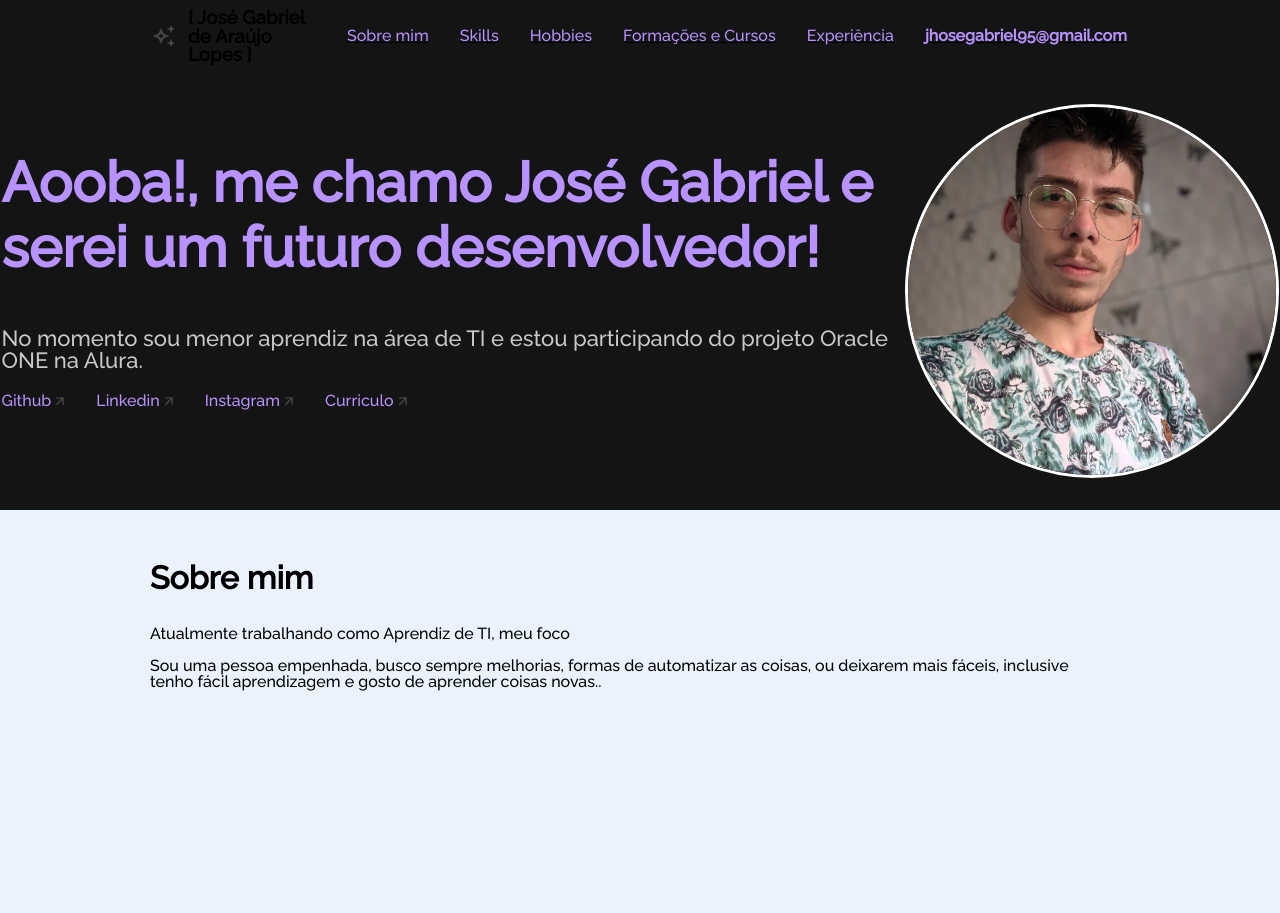
Repository: GabbLps/Portfolio
Page: index.html
These files come from the project's save history. The page is drawn as it stood at one moment and after the next save; the edit follows.
The browser window is 1280 px wide. The pictures show the whole page.

Above is the page before, as saved 2022-06-23 12:10:20.

### index.html
<!DOCTYPE html>
<html lang="en">
<head>
    <meta charset="UTF-8">
    <meta http-equiv="X-UA-Compatible" content="IE=edge">
    <meta name="viewport" content="width=device-width, initial-scale=1.0">

    <!-- Folha de estilo de CSS Linkado -->
    <link rel="stylesheet" href="style.css">

    <link rel="preconnect" href="https://fonts.googleapis.com">
    <link rel="preconnect" href="https://fonts.gstatic.com" crossorigin>

    <!-- Fonte do Projeto Raleway -->
    <link href="https://fonts.googleapis.com/css2?family=Raleway:wght@500&display=swap" rel="stylesheet">

    <title>Portifólio Pessoal</title>
</head>
<body>
    <!-- Menu Principal-->
    <div class="all">
        <section class="menu">
            <header>
                <img class="img__menu" src="assets\vector.png">
                <h3 class="menu__title">{ José Gabriel de Araújo Lopes }</h3>
            </header>
            <nav>
                <ul class="menu__list">
                    <li class="menu__list__item"><a href="#sobremim">Sobre mim</a></li>
                    <li class="menu__list__item"><a href="#skills">Skills</a></li>
                    <li class="menu__list__item"><a href="#hobbies">Hobbies</a></li>
                    <li class="menu__list__item"><a href="#formacao">Formações e Cursos</a></li>
                    <li class="menu__list__item"><a href="#xp">Experiência</a></li>
                    <li class="menu__list__item"><a href="#contato"><b>jhosegabriel95@gmail.com</b></a></li>
                </ul>
            </nav>
        </section>

        <!-- Sessão de Header/Title/Hero -->
        <section class="title">
            <div class="title__div">
                <img class="title__profile" src="assets\profile.jpg">
                <div class="title__container" id="#sobremim">
                    <h2 class="title__bio">Aooba!, me chamo José Gabriel e serei um futuro desenvolvedor!</h2>
                    <p class="title__subsection">No momento sou menor aprendiz na área de TI e estou participando do projeto Oracle ONE na Alura.</p>
                    <ul class="title__social__media">
                        <!-- Ponha os links de suas redes sociais favoritas -->
                        <li class="title__social__media__item"><a href="https://github.com/GabbLps" target="_blank">Github <img src="assets\arrow.png"> </a></li>
                        <li class="title__social__media__item"><a href="https://www.linkedin.com/in/josegabrielalopes/" target="_blank">Linkedin <img src="assets\arrow.png"></a></li>
                        <li class="title__social__media__item"><a href="https://www.instagram.com/gabbriel.lps/" target="_blank">Instagram <img src="assets\arrow.png"></a></li>
                        <li class="title__social__media__item"><a href="curriculo.pdf" target="_blank">Curriculo <img src="assets\arrow.png"></a></li>
                    </ul>
                </div>
            </div>
        </section>

        <!-- Sessão sobre mim -->
        <section class="about">
            <div class="about__container">
                <h3 class="about__title">Sobre mim</h3>
                <p class="about__paragraph">Atualmente trabalhando como Aprendiz de TI, meu foco  </p>
                <p class="about__paragraph">Sou uma pessoa empenhada,
                    busco sempre melhorias, formas de automatizar as coisas, ou deixarem mais fáceis, inclusive tenho fácil aprendizagem e gosto de aprender coisas novas..</p>
            </div>
        </section>


    </div>
</body>
</html>

### style.css
:root{
   /*--cor-de-fundo: #F5F5F5;
    --cor-de-link: #000;
    --cor-de-titulos: #464646;
    --cor-fundo-azul: #EAF2ED;
    --cor-caixas: #FBFBFB;
    --azul-botoes: #2A74E4; */
    --cor-de-fundo: #141414;
    --cor-de-link: #B892FF;
    --cor-de-titulos: #cac7c7;
    --cor-fundo-azul: #EAF2ED;
    --cor-caixas: #FBFBFB;
    --azul-botoes: #2A74E4;
}

html {
    background-color: var(--cor-de-fundo);
}

body {
    box-sizing: border-box;
    background-color: var(--cor-de-fundo) ;
    font-family: 'Raleway';
    margin: 0;
    padding: 0;
    line-height: 1;
}

ol, ul,li {
    list-style: none;
}

a{
    text-decoration: none;
    color: var(--cor-de-link);
}

/*Sessão Menu*/

section.menu{
    display: flex;
    justify-content: space-between;
    align-items: center;
    align-content: flex-end;
    height: 10vh;
    margin: 0 153px;
}

section header {
    display: flex;
    align-items: center;
    font-weight: 700;
}

header img {
    margin-right: 13px;
    user-select: none;
}

/* Sessão lista de navegação  */

nav ul.menu__list {
    display: flex;
    justify-content: space-between;
    width: 780px;
    font-size: 16px;
    text-decoration: underline;
}

/*Sessão Title*/

div.title__div{
    display: flex;
    flex-direction: row-reverse;
    justify-content: space-around;
    align-content: center;
    margin: 0 auto;
}

div.title__container{
    width: 900px;
}

div.title__container h2{
    font-size: 56px;
    font-weight: 700;
    line-height: 65px;
}

section.title{
    margin: 32px 0;
}

.title__bio{
    color: var(--cor-de-link);
}

.title__subsection {
    font-size: 22px;
    color: var(--cor-de-titulos);
    font-weight: 400;
    line-height: 22px;
}

.title__profile{
    width: 368px;
    height: 368px;
    border-radius: 50%;
    border: solid 3px #fff;
}

ul.title__social__media{
    display: flex;
    flex-direction: row;
    gap: 32px;
    padding: 0;
    font-weight: 500;
}

ul li.title__social__media__item{
    font-size: 16px;
    font-weight: 500;
}

/* Sessão about */

section.about{
    width: auto;
    height: 383px;
    background-color: #EAF2FD;
    padding-top: 20px;
    padding-left: 150px;
    padding: auto;
}

/* Container sessão about me */

div.about__container{
    max-width: 920px;
}

.about__title {
    font-size: 32px;
    font-weight: 700;
}

.about__paragraph{
    font-size: 16px;
    line-height: 16px;
    font-weight: 400;
}

After the next save:
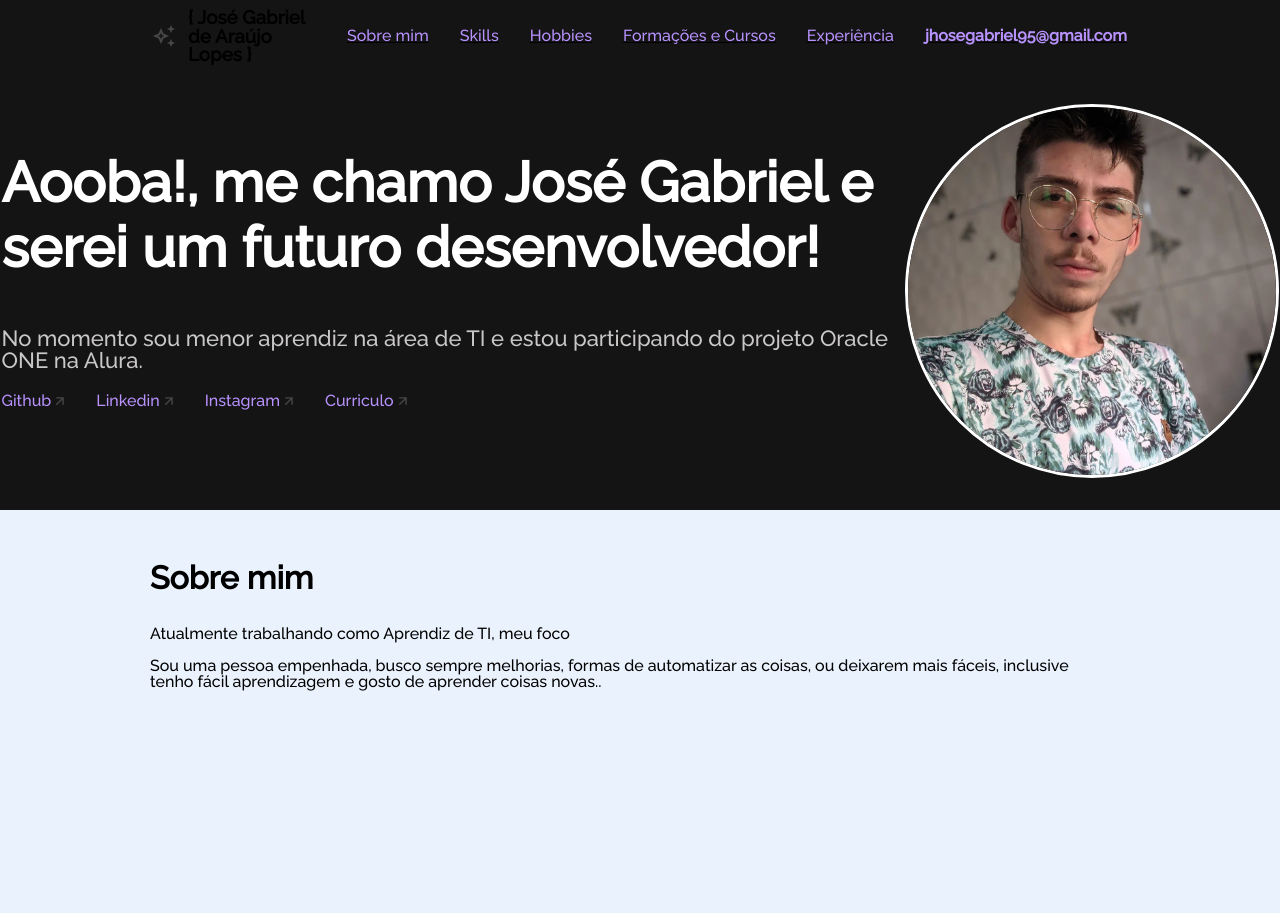
Saved 15 s later.
--- a/style.css
+++ b/style.css
@@ -92,7 +92,7 @@
 }
 
 .title__bio{
-    color: var(--cor-de-link);
+    color: #FFF;
 }
 
 .title__subsection {
